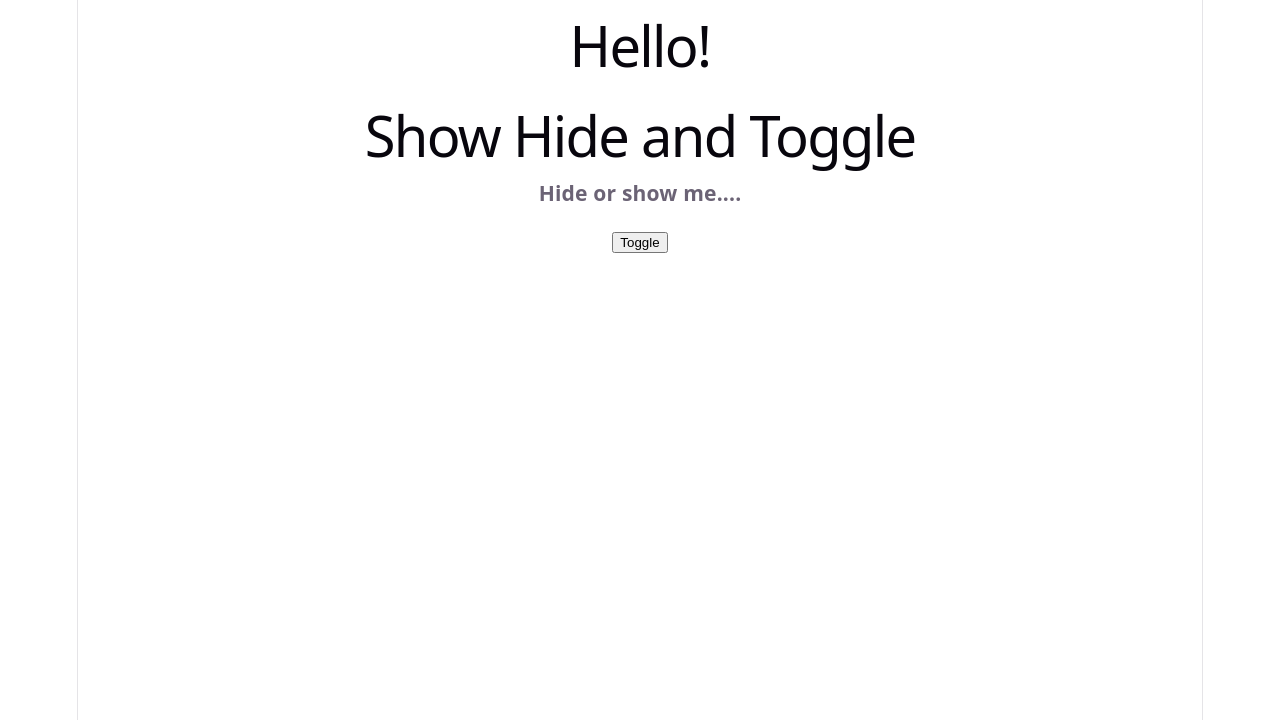
Repository: Gulzarokz/React_Course_Review
Page: / (app in vite-Project/)
The author's editor kept a copy of each file at every save. The page is drawn from the files as they stood at one save, then again after the next save.
The browser window is 1280 px wide. The pictures show the whole page.
The project was rebuilt for these pictures with package versions that can differ from the ones it lists, and the page was loaded fresh each time. Also part of the build but not shown: vite-Project/vite.config.js, vite-Project/src/App.css.

Above is the page before, as saved 2026-04-20 12:09:52.

After the next save:
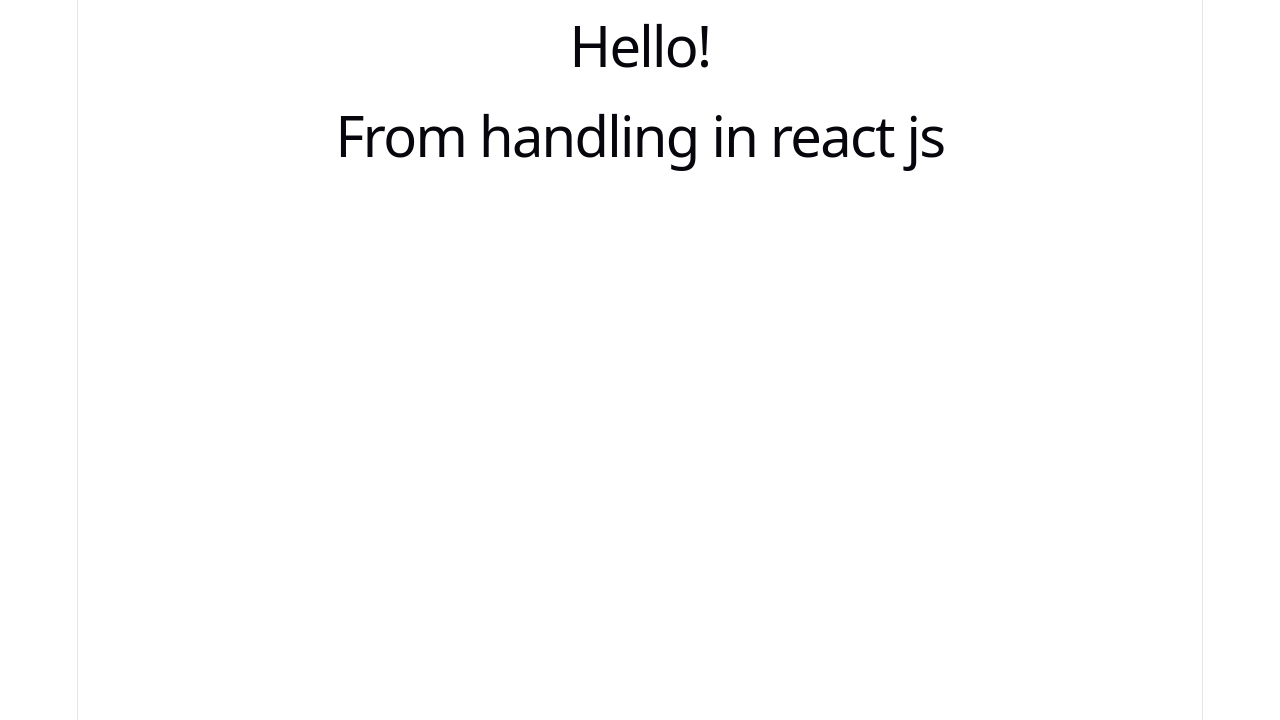
Saved 44 s later.
--- a/vite-Project/src/App.jsx
+++ b/vite-Project/src/App.jsx
@@ -1,5 +1,6 @@
 import './App.css';
-import ShowHideAndToggle from './showHideAndToggle';
+import FormHandling from './FormHandling';
+
 
 
 function App() {
@@ -7,7 +8,7 @@ function App() {
   return (
     <>
       <h1>Hello!</h1>
-      <ShowHideAndToggle />
+      <FormHandling />
 
 
     </>
